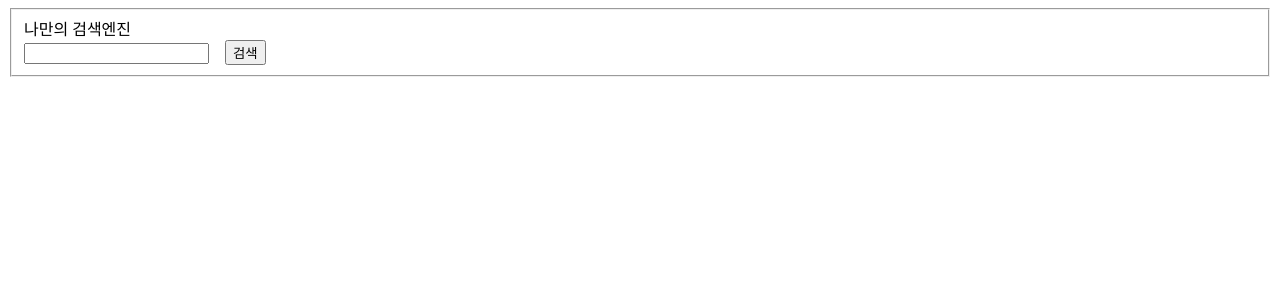
Repository: hus0124/M-IT
Page: JSP_Workspaces/Test3/WebContent/search.html
The author's editor kept a copy of each file at every save. The page is drawn from the files as they stood at one save, then again after the next save.
The browser window is 1280 px wide. The pictures show the whole page.

Above is the page before, as saved 2020-01-02 00:29:35.

After the next save:
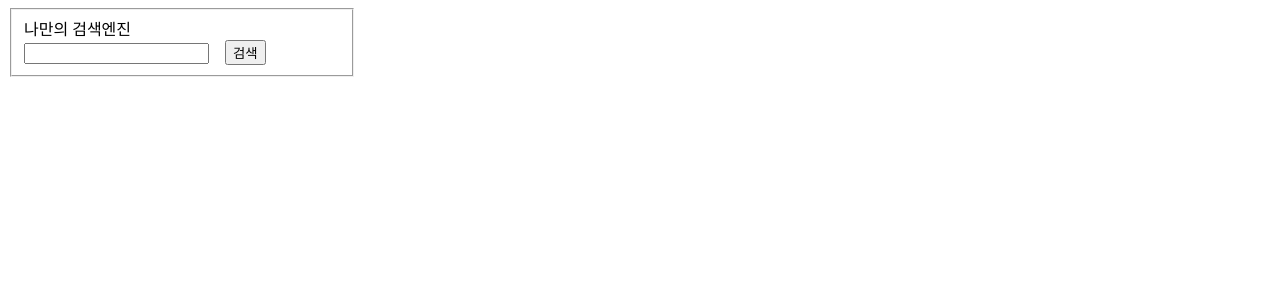
Saved 79 s later.
--- a/JSP_Workspaces/Test3/WebContent/search.html
+++ b/JSP_Workspaces/Test3/WebContent/search.html
@@ -5,7 +5,7 @@
 <title>Insert title here</title>
 </head>
 <body>
-	<fieldset style="size:25%">
+	<fieldset style="width:25%">
 	<form action = "result.jsp" method = "get">
 		나만의 검색엔진<br>
 		<input type = "text" name = "search">&emsp;<input type = "submit" value = "검색">
